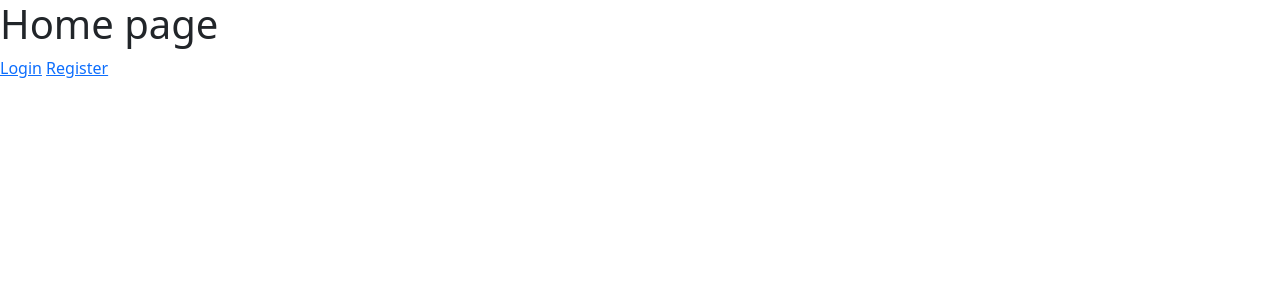
Repository: SHINEweb546/Placement-Portal-App
Page: http://localhost/
These files come from the project's save history. The page is drawn as it stood at one moment and after the next save; the edit follows.
The browser window is 1280 px wide. The pictures show the whole page.
The page is served by the project's application, run on Flask 3 (app.py).

Above is the page before, as saved 2026-02-28 13:28:55.

After the next save:
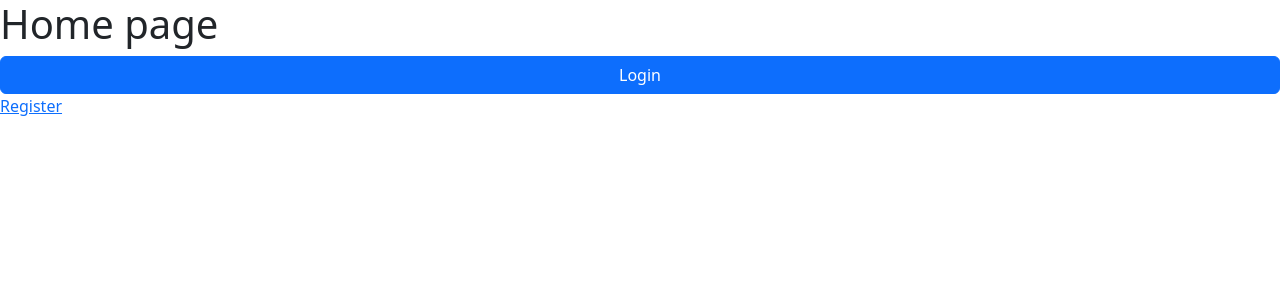
Saved 29 min 43 s later.
--- a/templates/home.html
+++ b/templates/home.html
@@ -10,8 +10,8 @@
 
 <body>
     <h1>Home page </h1>
-    <a href="/login" class="btn-btn-primary" type="button">Login</a>
-    <a href="/register" class="btn-btn-primary" type="button">Register</a>
+    <a href="/login" class="btn btn-primary w-100" type="button">Login</a>
+    <a href="/register" class="tn btn-success w-100" type="button">Register</a>
 
 </body>
 </html>
